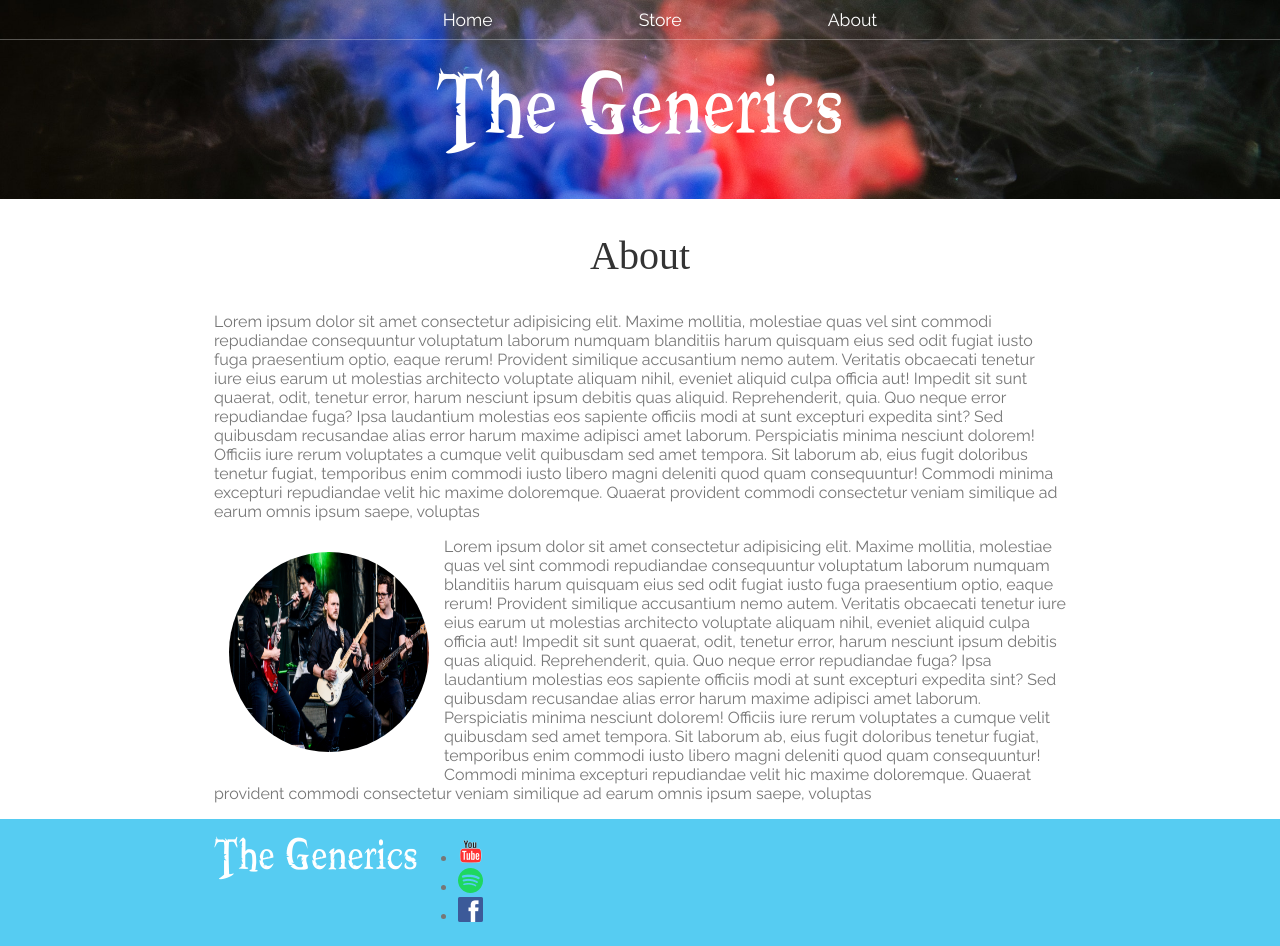
Repository: nazmulhaquep/WebDesign
Page: WebDevSimplified/about.html
An editor plug-in stored every save of this project. The page is shown before and after the next save, followed by the edit.
The browser window is 1280 px wide. The pictures show the whole page.
Some web fonts or font styles are not loaded; a fallback is used.

Above is the page before, as saved 2023-11-26 10:09:35.

After the next save:
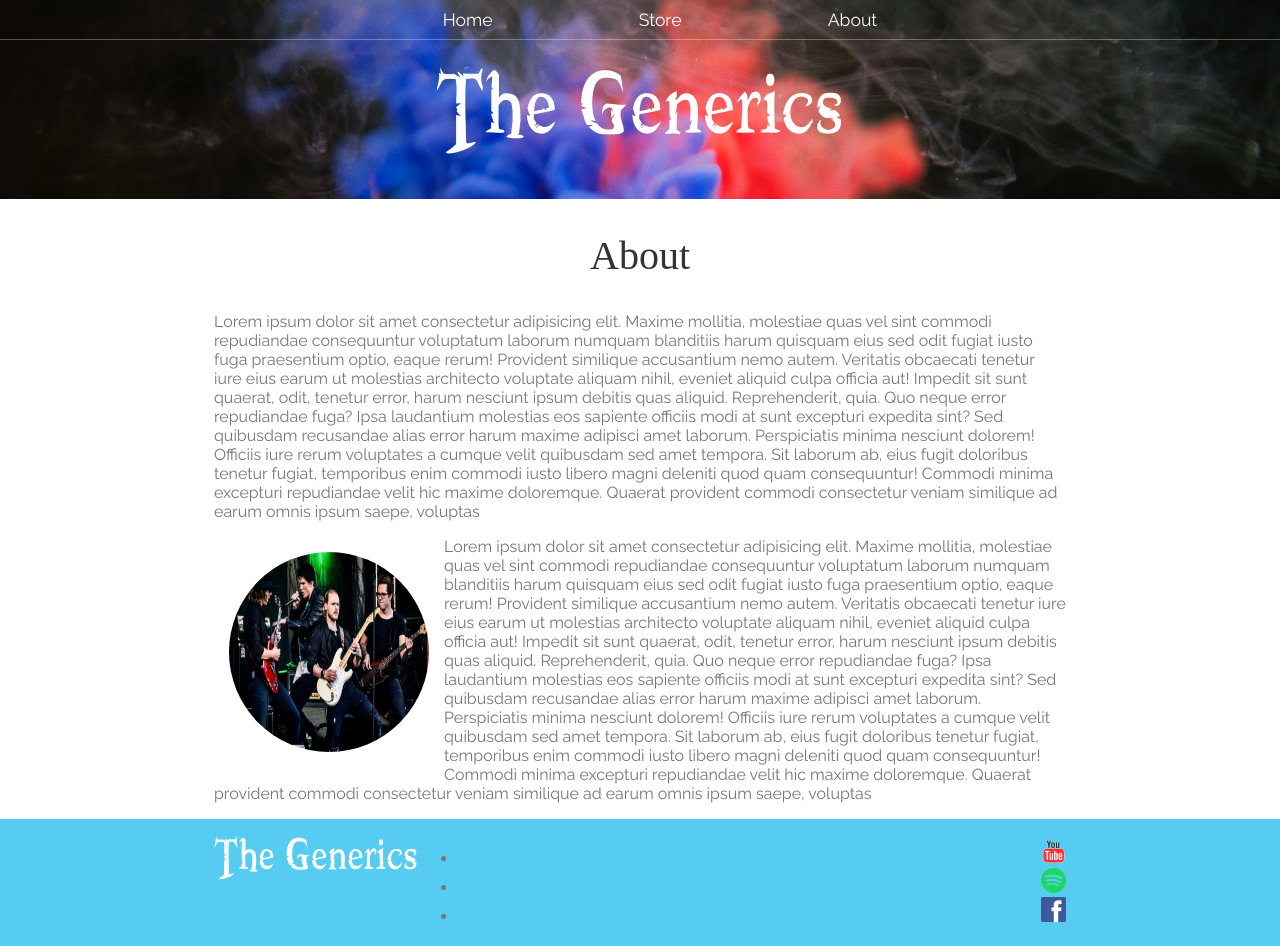
Saved 53 s later.
--- a/WebDevSimplified/styles.css
+++ b/WebDevSimplified/styles.css
@@ -104,6 +104,6 @@ html,body{
 }
 
 .main-footer-container ul{
-    glex-grow:1;
+    flex-grow:1;
     text-align:end;
 }
